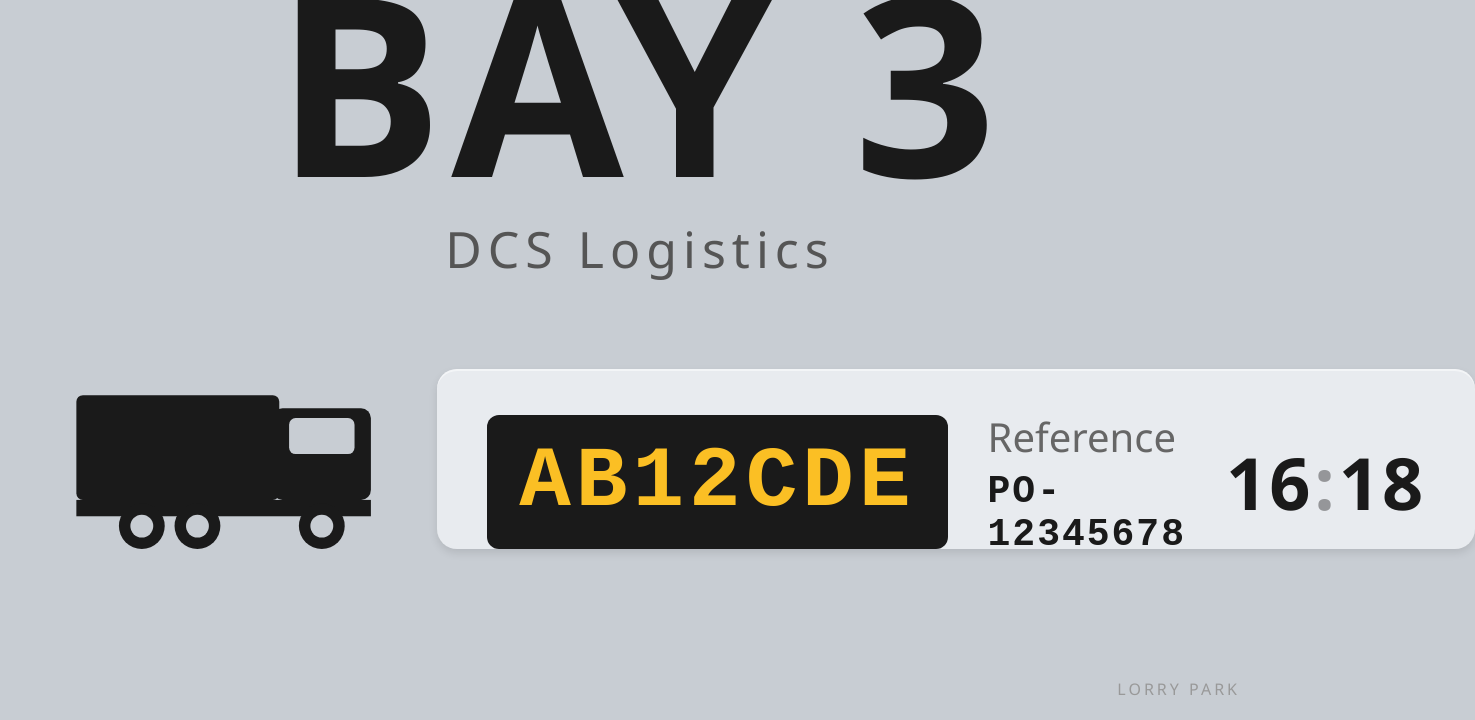
Repository: greenhill32/LRS2-DEV
Page: WIP/Bay3.html
The author's editor kept a copy of each file at every save. The page is drawn from the files as they stood at one save, then again after the next save.
The browser window is 1280 px wide. The page is 1475 px wide, then 1349 px, so the pictures cover 1475 px, including what lies to the right of the window. The pictures show the whole page.

Above is the page before, as saved 2025-12-04 15:08:51.

After the next save:
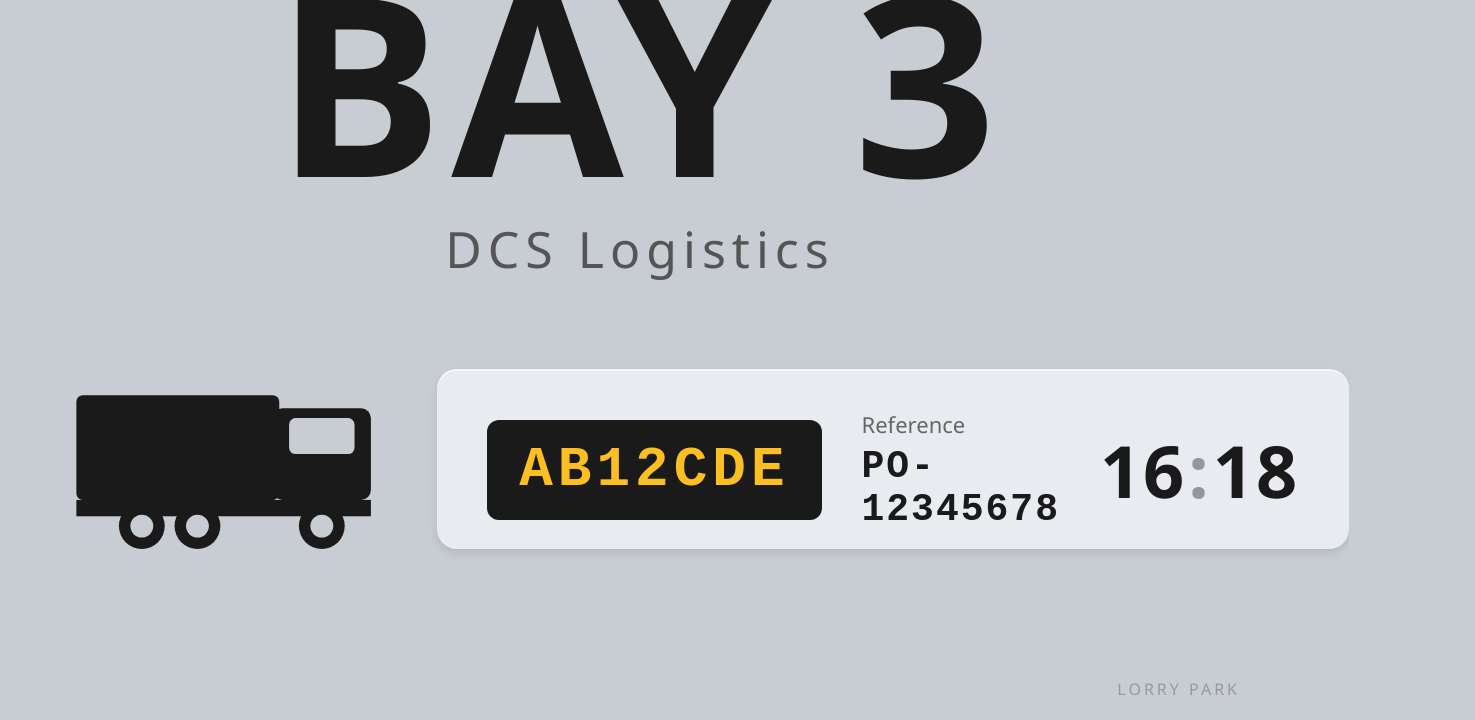
Saved 49 s later.
--- a/WIP/Bay3.html
+++ b/WIP/Bay3.html
@@ -100,7 +100,7 @@
     .reg-box {
         background: #1a1a1a;
         color: #fbbf24;
-        font-size: 86px;
+        font-size: 56px;
         font-weight: 800;
         padding: 18px 32px;
         border-radius: 12px;
@@ -115,7 +115,7 @@
     }
 
     .info-label {
-        font-size: 40px;
+        font-size: 22px;
         color: #666;
     }
 
